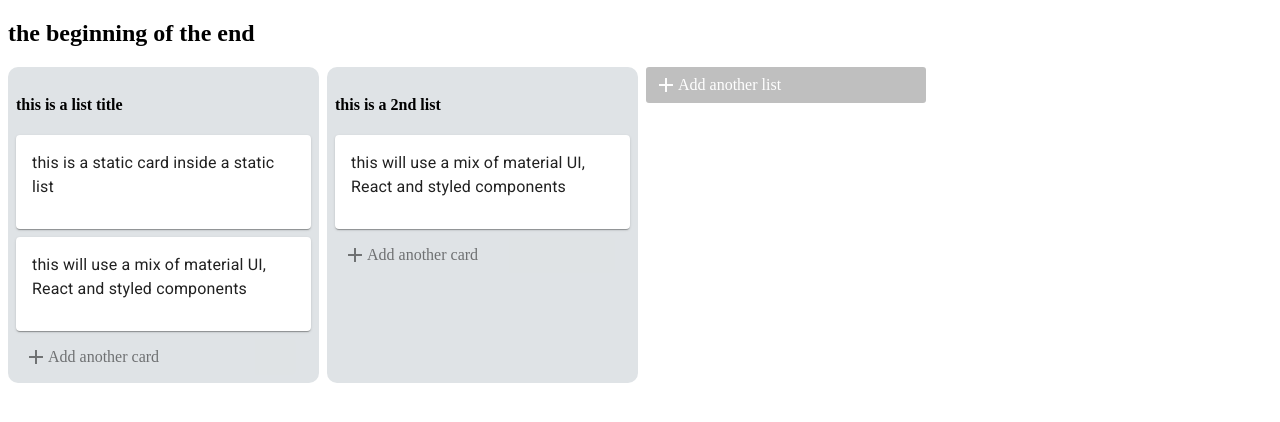
Repository: DesterStorm/Crello
Page: /
The author's editor kept a copy of each file at every save. The page is drawn from the files as they stood at one save, then again after a run of saves.
The browser window is 1280 px wide. The pictures show the whole page.
The project was rebuilt for these pictures with package versions that can differ from the ones it lists, and the page was loaded fresh each time.

Above is the page before, as saved 2020-05-19 11:00:48.

After the next 2 saves:
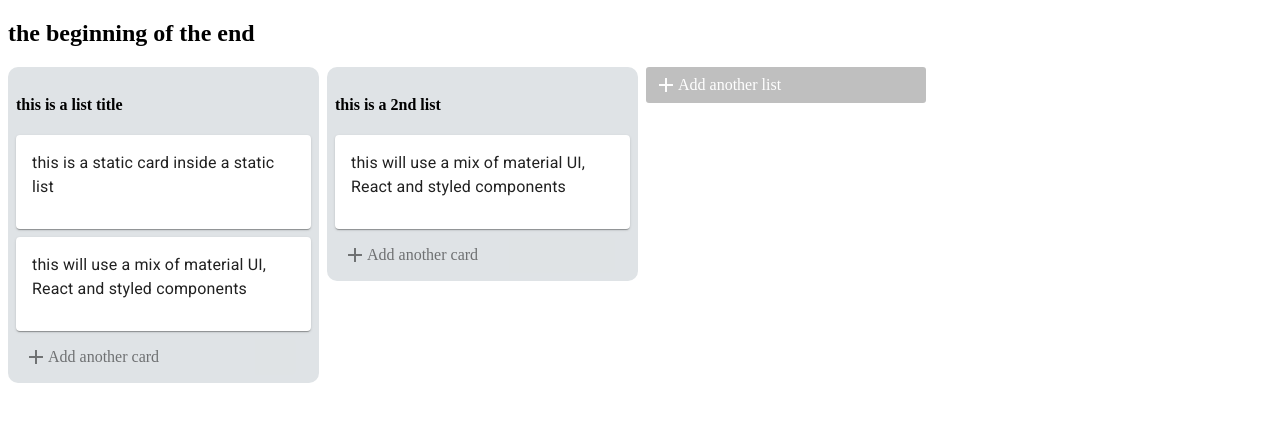
The 2 saves are shown as one change because they came seconds apart.
The last was saved 40 s later.
--- a/src/components/CrelloList.js
+++ b/src/components/CrelloList.js
@@ -10,7 +10,7 @@ const ListContainer = styled.div`
   width: 295px;
   padding: 8px;
   margin-right: 8px;
-  height: '100%';
+  height: 100%;
 `
 
 const CrelloList = ({title, cards, listID}) => {
